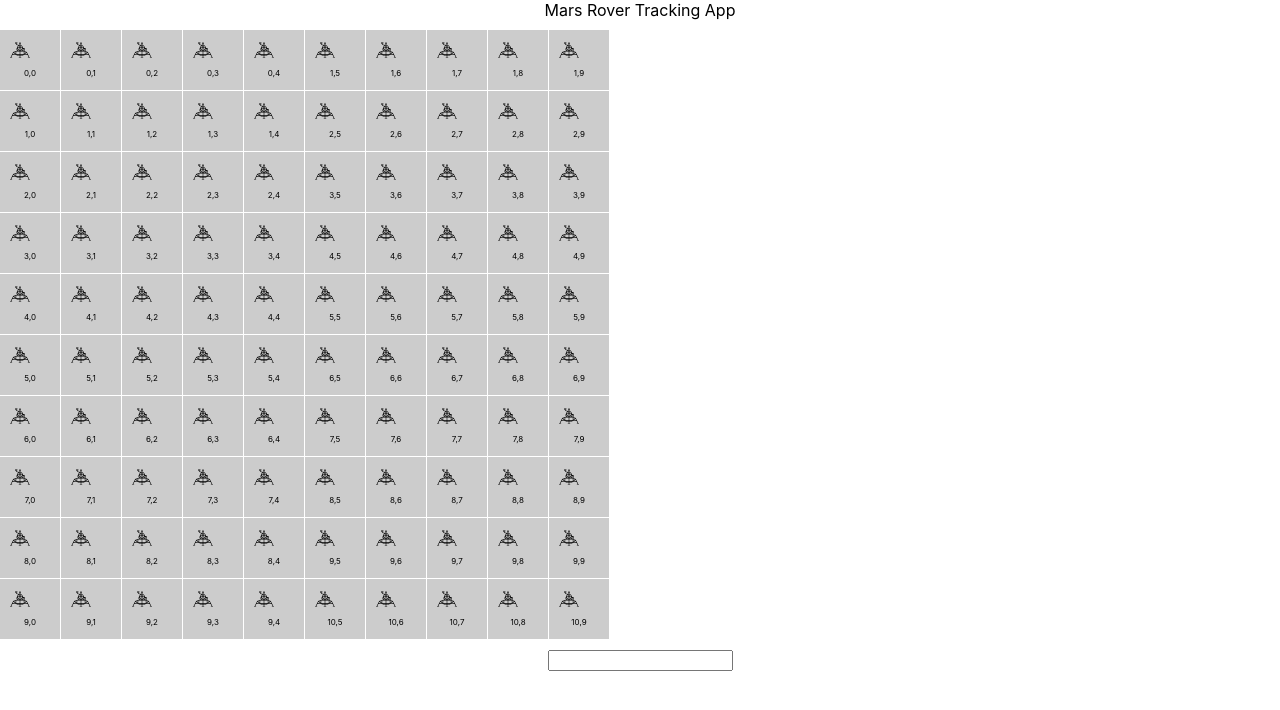
Repository: madhurisandbhor/Rover-Tracking-App
Page: /
The author's editor kept a copy of each file at every save. The page is drawn from the files as they stood at one save, then again after the next save.
The browser window is 1280 px wide. The pictures show the whole page.
The project was rebuilt for these pictures with package versions that can differ from the ones it lists, and the page was loaded fresh each time.

Above is the page before, as saved 2021-09-06 18:35:20.

### src/App.js
import './App.css';
import Grid from './Grid'

function App() {
  return (
    <div className="App">
      <div>Mars Rover Tracking App</div>
      <Grid />
    </div>
  );
}

export default App;

### src/Grid.jsx
import React, { useState, useEffect } from 'react'
import { maxY, maxX } from './constants'
import testGrid from './testGrid'
import roverIcon from './svg/rover-icon.svg'

const wrapper = {
  width: '100%',
  margin: '10px auto',
  display: 'grid',
  gridTemplateColumns: `repeat(${maxY + 1}, 60px)`,
  gridTemplateRows: `repeat(${maxX + 1}, 60px)`,
  gridGap: '1px',
}

const itemStyle = {
  padding: '10px',
  backgroundColor: '#ccc',
}

const itemSpan = {
  fontSize: '8px',
}

const roverImg = {
  width: '20px',
  height: '20px',
  alignText: 'center',
}

const Grid = () => {
  const gridLength = (maxX + 1) * (maxY + 1)
  const arr = Array(gridLength).fill()
  const [input, setInput] = useState('')

  useEffect(() => {
    console.log(testGrid(input))
  }, [input])

  return (
    <div>
      <div style={wrapper}>
        {arr.map((item, index) => (
          <div key={index} style={itemStyle}>
            <div style={roverImg}>
              <img style={{ width: '100%' }} src={roverIcon} alt="rover" />
            </div>
            <span style={itemSpan}>
              {Math.round(index / 10)},{index % 10}
            </span>
          </div>
        ))}
      </div>
      <input
        name="inputString"
        value={input}
        onChange={(event) => setInput(event.target.value)}
      />
    </div>
  )
}

export default Grid

### src/constants.js
export const x = 0, y = 0, maxX = 9, maxY = 9;
export const d = 'N';
export const directionsToRight = ['N', 'E', 'S', 'W']
export const directionsToLeft = ['N', 'W', 'S', 'E']

### src/testGrid.js
import {
  x,
  y,
  d,
  directionsToRight,
  directionsToLeft,
  maxX,
  maxY,
} from './constants'

const testGrid = (testString) => {
  const roverPosition = [x, y, d]
  const testArr = testString.split('')

  for (let i = 0; i < testArr.length; i++) {
    if (testArr[i] === 'r') {
      let currDirIndex = directionsToRight.findIndex(
        (item) => item === roverPosition[2]
      )
      if (currDirIndex > -1 && currDirIndex < 3)
        roverPosition[2] = directionsToRight[currDirIndex + 1]
      else roverPosition[2] = directionsToRight[0]
    } else if (testArr[i] === 'l') {
      let currDirIndex = directionsToLeft.findIndex(
        (item) => item === roverPosition[2]
      )
      if (currDirIndex > -1 && currDirIndex < 3)
        roverPosition[2] = directionsToLeft[currDirIndex + 1]
      else roverPosition[2] = directionsToLeft[0]
    } else if (testArr[i] === 'f') {
      if (roverPosition[2] === 'E') {
        if (roverPosition[1] < maxY) roverPosition[1]++
        else roverPosition[1] = 0
      } else if (roverPosition[2] === 'S') {
        if (roverPosition[0] < maxX) roverPosition[0]++
        else roverPosition[0] = 0
      } else if (roverPosition[2] === 'N') {
        if (roverPosition[0] <= 0) roverPosition[0] = maxX
        else roverPosition[0]--
      } else if (roverPosition[2] === 'W') {
        if (roverPosition[1] <= 0) roverPosition[1] = maxY
        else roverPosition[1]--
      }
    }
  }

  return roverPosition
}

export default testGrid

Loaded but not shown: public/index.html (common file); src/index.js (common file); src/index.css (common file); src/App.css (common file)

After the next save:
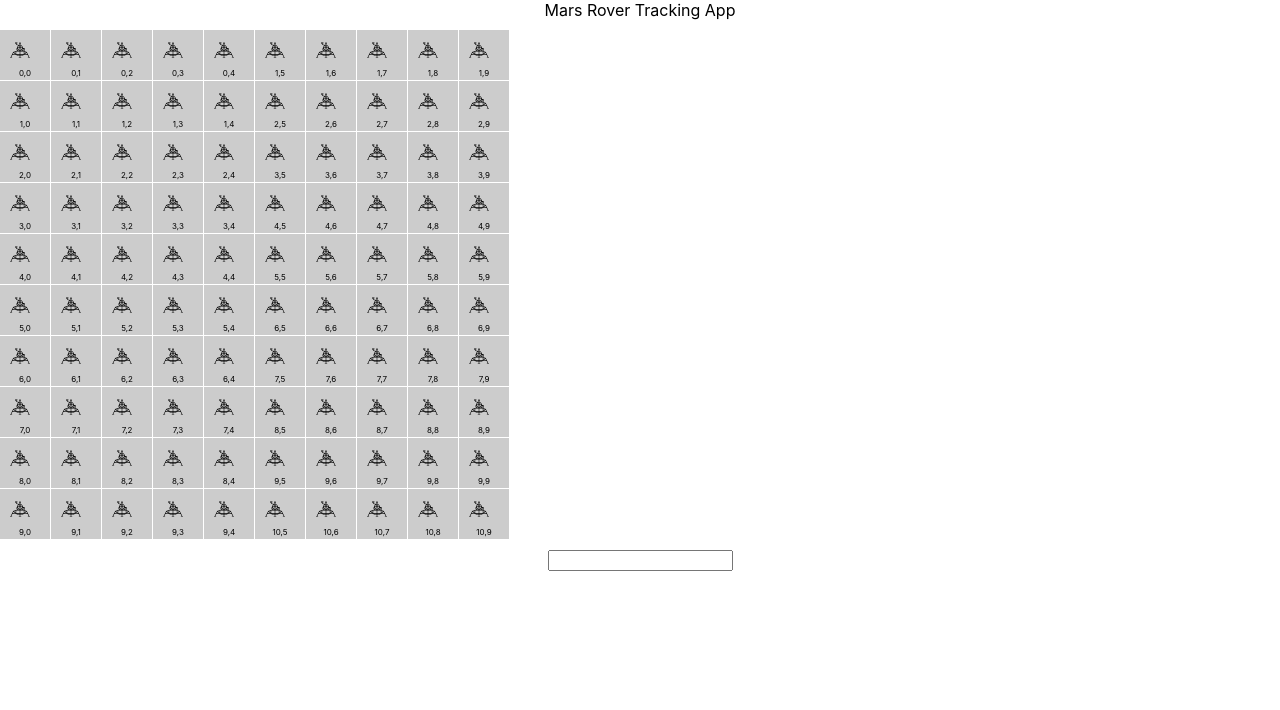
Saved 10 s later.
--- a/src/Grid.jsx
+++ b/src/Grid.jsx
@@ -7,8 +7,8 @@ const wrapper = {
   width: '100%',
   margin: '10px auto',
   display: 'grid',
-  gridTemplateColumns: `repeat(${maxY + 1}, 60px)`,
-  gridTemplateRows: `repeat(${maxX + 1}, 60px)`,
+  gridTemplateColumns: `repeat(${maxY + 1}, 50px)`,
+  gridTemplateRows: `repeat(${maxX + 1}, 50px)`,
   gridGap: '1px',
 }
 
